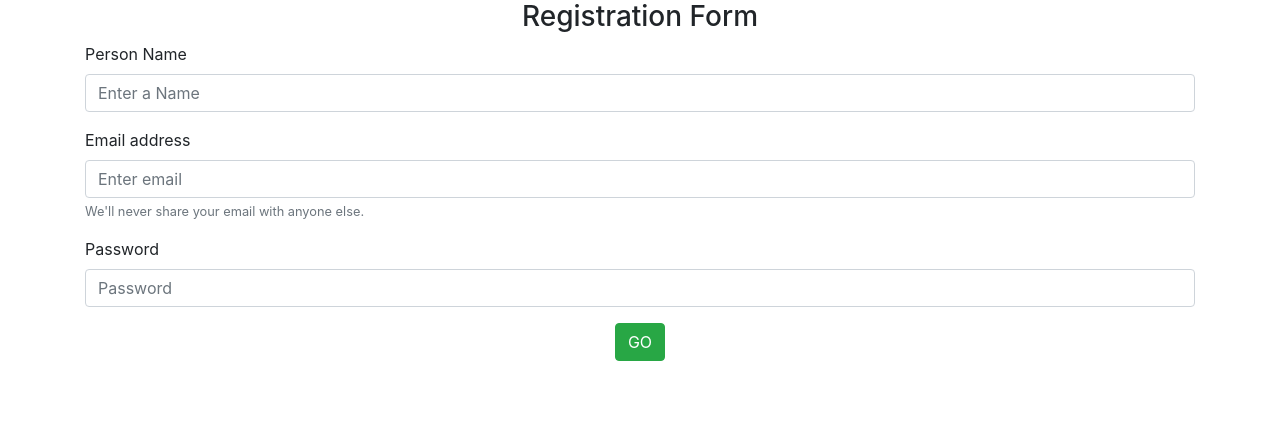
Repository: vijay10091999/Advance-java
Page: http://localhost/SpringMVC/WEB-INF/views/contact.jsp
The author's editor kept a copy of each file at every save. The page is drawn from the files as they stood at one save, then again after the next save.
The browser window is 1280 px wide. The pictures show the whole page.
Some web libraries are served in a nearby version. The page is served by Tomcat 9. Nobody is signed in. Other server files are loaded and not shown. The template is opened directly, without the code that normally fills it, so the values that code supplies are empty.

Above is the page before, as saved 2022-06-11 07:27:28.

### SpringMVC/src/main/webapp/WEB-INF/views/contact.jsp
<%@ page language="java" contentType="text/html; charset=ISO-8859-1"
    pageEncoding="ISO-8859-1"%>
<!doctype html>
<html lang="en">
  <head>
    <!-- Required meta tags -->
    <meta charset="utf-8">
    <meta name="viewport" content="width=device-width, initial-scale=1, shrink-to-fit=no">

    <!-- Bootstrap CSS -->
    <link rel="stylesheet" href="https://cdn.jsdelivr.net/npm/bootstrap@4.0.0/dist/css/bootstrap.min.css" integrity="sha384-Gn5384xqQ1aoWXA+058RXPxPg6fy4IWvTNh0E263XmFcJlSAwiGgFAW/dAiS6JXm" crossorigin="anonymous">

    <title>Page</title>
  </head>
  <body>
   <div class="container mt-6">

   <h3 class="text-center">Registration Form </h3>
    <form>
    <div class="form-group">
    <label for="exampleInputName">Person Name </label>
    <input type="text" class="form-control" id="name" placeholder="Enter a Name">
  </div>
  <div class="form-group">
    <label for="exampleInputEmail1">Email address</label>
    <input type="email" class="form-control" id="email" aria-describedby="emailHelp" placeholder="Enter email">
    <small id="emailHelp" class="form-text text-muted">We'll never share your email with anyone else.</small>
  </div>
  <div class="form-group">
    <label for="exampleInputPassword1">Password</label>
    <input type="password" class="form-control" id="password" placeholder="Password">
  </div>
  <div class="container text-center">
    <button type="submit" class="btn btn-success">GO </button>
  </div>
</form>

   </div>

    <!-- Optional JavaScript -->
    <!-- jQuery first, then Popper.js, then Bootstrap JS -->
    <script src="https://code.jquery.com/jquery-3.2.1.slim.min.js" integrity="sha384-KJ3o2DKtIkvYIK3UENzmM7KCkRr/rE9/Qpg6aAZGJwFDMVNA/GpGFF93hXpG5KkN" crossorigin="anonymous"></script>
    <script src="https://cdn.jsdelivr.net/npm/popper.js@1.12.9/dist/umd/popper.min.js" integrity="sha384-ApNbgh9B+Y1QKtv3Rn7W3mgPxhU9K/ScQsAP7hUibX39j7fakFPskvXusvfa0b4Q" crossorigin="anonymous"></script>
    <script src="https://cdn.jsdelivr.net/npm/bootstrap@4.0.0/dist/js/bootstrap.min.js" integrity="sha384-JZR6Spejh4U02d8jOt6vLEHfe/JQGiRRSQQxSfFWpi1MquVdAyjUar5+76PVCmYl" crossorigin="anonymous"></script>
  </body>
</html>

After the next save:
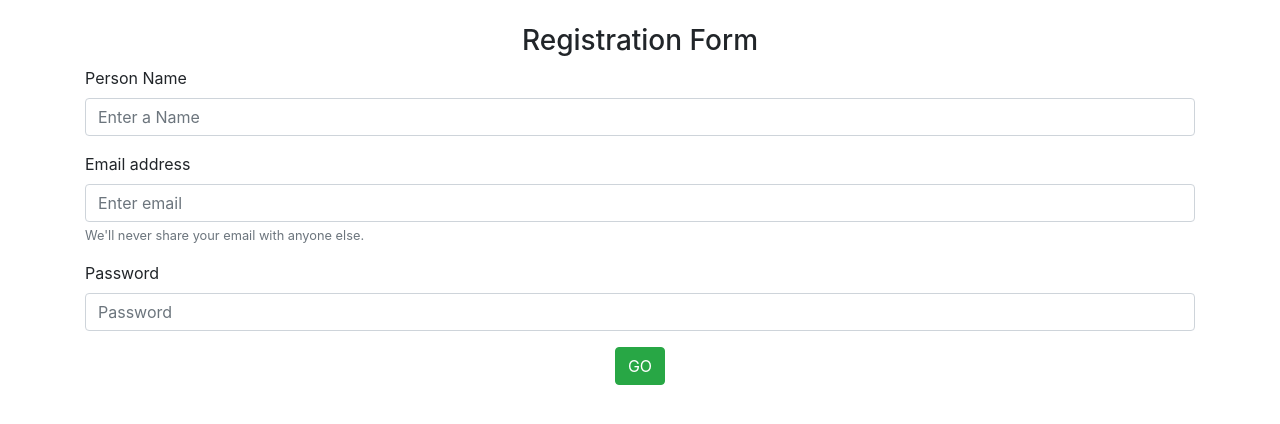
Saved 17 s later.
--- a/SpringMVC/src/main/webapp/WEB-INF/views/contact.jsp
+++ b/SpringMVC/src/main/webapp/WEB-INF/views/contact.jsp
@@ -13,7 +13,7 @@
     <title>Page</title>
   </head>
   <body>
-   <div class="container mt-6">
+   <div class="container mt-4">
 
    <h3 class="text-center">Registration Form </h3>
     <form>
